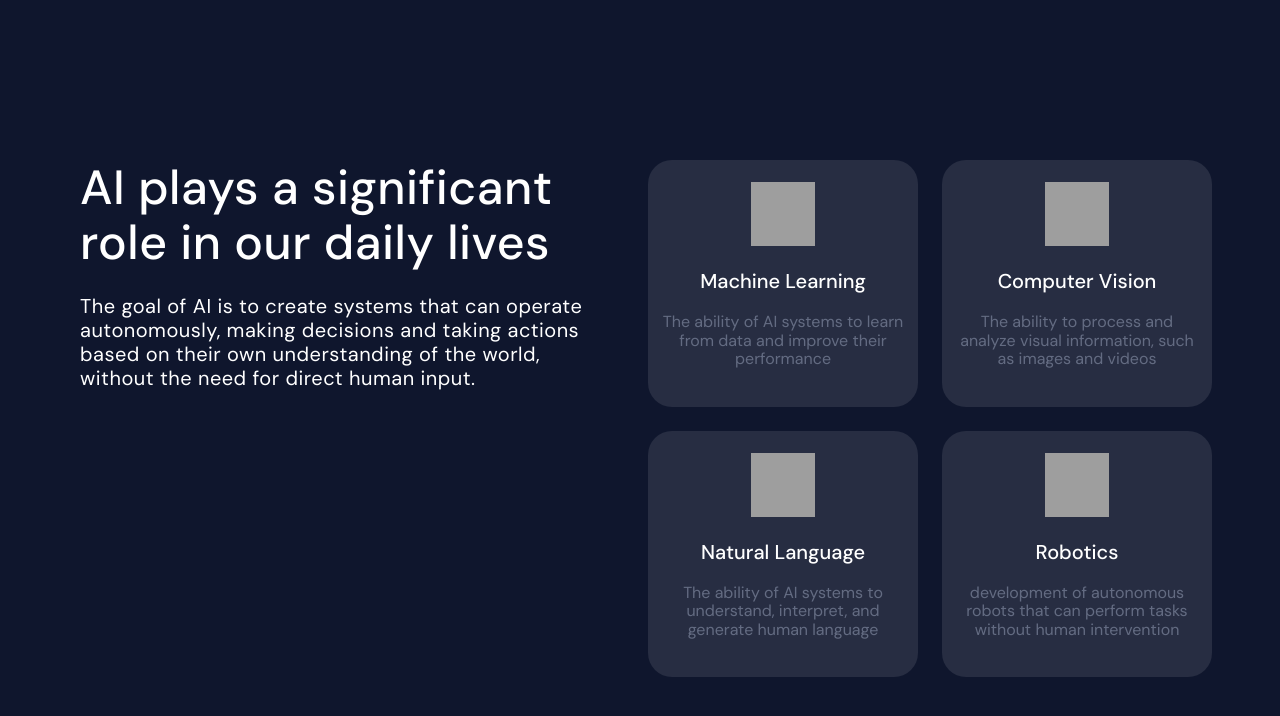
Repository: guli95/four-areas-of-AI-INVO-ACAdemy
Page: /
These files come from the project's save history. The page is drawn as it stood at one moment and after the next save; the edit follows.
The browser window is 1280 px wide. The pictures show the whole page.
Pictures or frames that could not be fetched are drawn as grey boxes. The project was rebuilt for these pictures with package versions that can differ from the ones it lists, and the page was loaded fresh each time.

Above is the page before, as saved 2023-03-13 15:22:43.

After the next save:
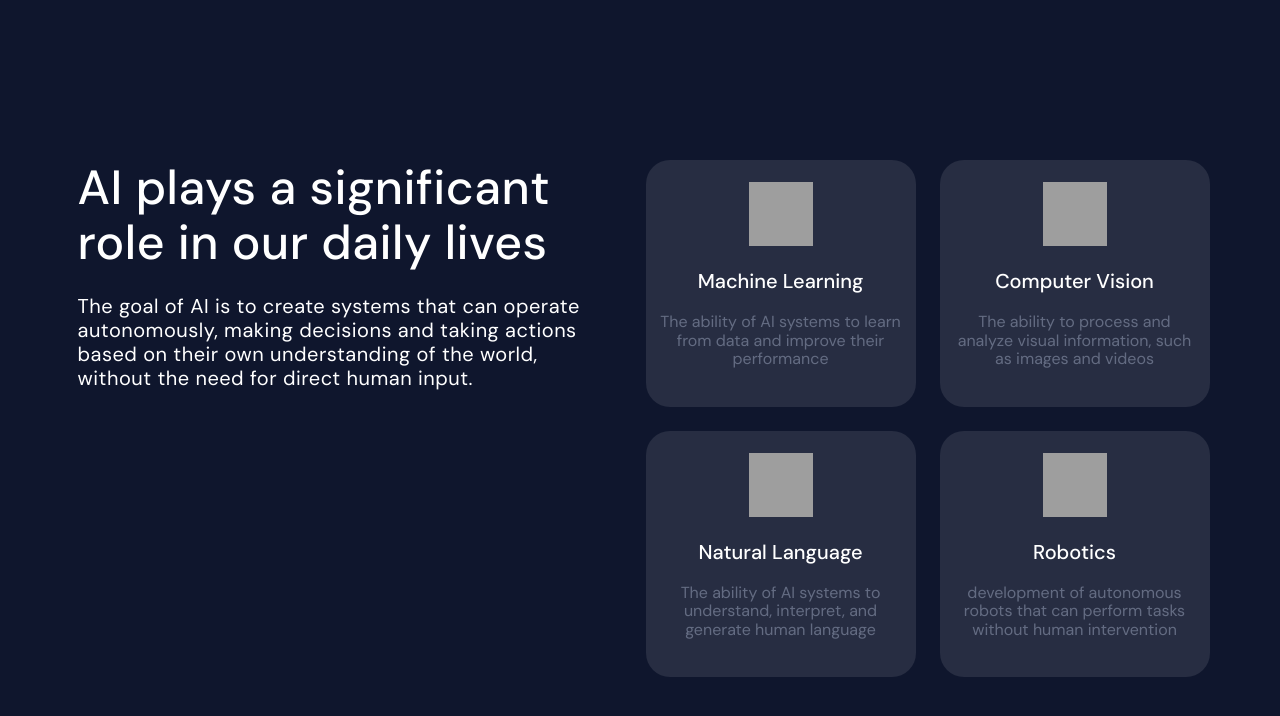
Saved 4 s later.
--- a/src/pages/home-page/styles/home-page.scss
+++ b/src/pages/home-page/styles/home-page.scss
@@ -27,7 +27,7 @@
         letter-spacing: 0.5px;
         vertical-align: top;
         max-width: 540px;
-        padding-left: 40px;
+        padding-left: 35px;
         @media screen and (max-width:1024px) {
             width: 100%;
             padding: 0 16px;
